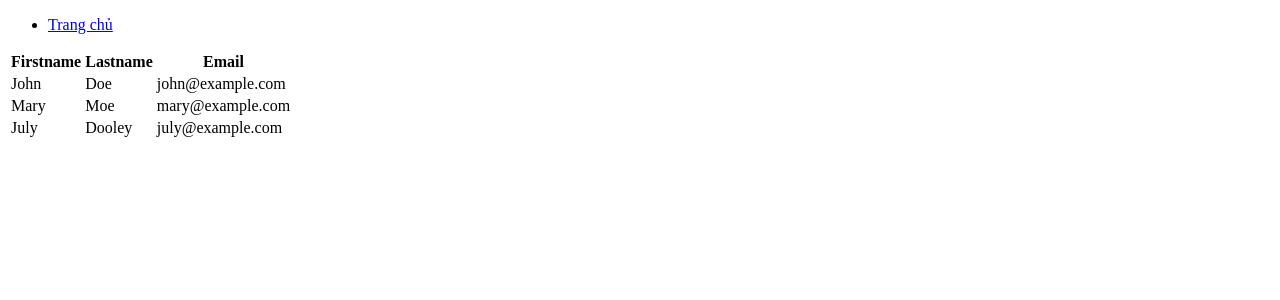
Repository: datnguyendesign/Java-web
Page: http://localhost/new-jdbc/views/admin/new/list.jsp
These files come from the project's save history. The page is drawn as it stood at one moment and after the next save; the edit follows.
The browser window is 1280 px wide. The pictures show the whole page.
The page is served by Tomcat 9. Nobody is signed in. The application's start-up code is not run. Other server files are loaded and not shown.

Above is the page before, as saved 2023-07-10 03:16:53.
Console error: ReferenceError: $ is not defined

### new-jdbc/src/main/webapp/views/admin/new/list.jsp
<%@ page language="java" contentType="text/html; charset=UTF-8"
	pageEncoding="UTF-8"%>
<!DOCTYPE html>
<html>
<head>
<meta charset="UTF-8">
<title>Danh sách bài viết</title>
</head>
<body>
	<div class="main-content">
		<div class="main-content-inner">
			<div class="breadcrumbs ace-save-state" id="breadcrumbs">
				<ul class="breadcrumb">
					<li><i class="ace-icon fa fa-home home-icon"></i> <a href="#">Trang
							chủ</a></li>
				</ul>
				<!-- /.breadcrumb -->
			</div>
			<div class="page-content">
				<div class="row">
					<div class="col-xs-12">
						<div class="row">
							<div class="col-xs-12">
								<div class="table-responsive">
									<table class="table table-bordered">
										<thead>
											<tr>
												<th>Firstname</th>
												<th>Lastname</th>
												<th>Email</th>
											</tr>
										</thead>
										<tbody>
											<tr>
												<td>John</td>
												<td>Doe</td>
												<td>john@example.com</td>
											</tr>
											<tr>
												<td>Mary</td>
												<td>Moe</td>
												<td>mary@example.com</td>
											</tr>
											<tr>
												<td>July</td>
												<td>Dooley</td>
												<td>july@example.com</td>
											</tr>
										</tbody>
									</table>
									<ul class="pagination" id="pagination"></ul>
								</div>
							</div>
						</div>
					</div>
				</div>
			</div>
		</div>
	</div>
	<!-- /.main-content -->
	<script>
		$(function (){
			window.pagObj = $('#pagination').twbsPagination({
				totalPages: 10,
				visiblePages: 5,
				onPageClick: function (event, page) {
					console.info(page + ' (from options)');
				}
			}).on('page', function (event, page) {
				console.info(page + ' (from event listening)');
			});
		});
	</script>
</body>
</html>

After the next save:
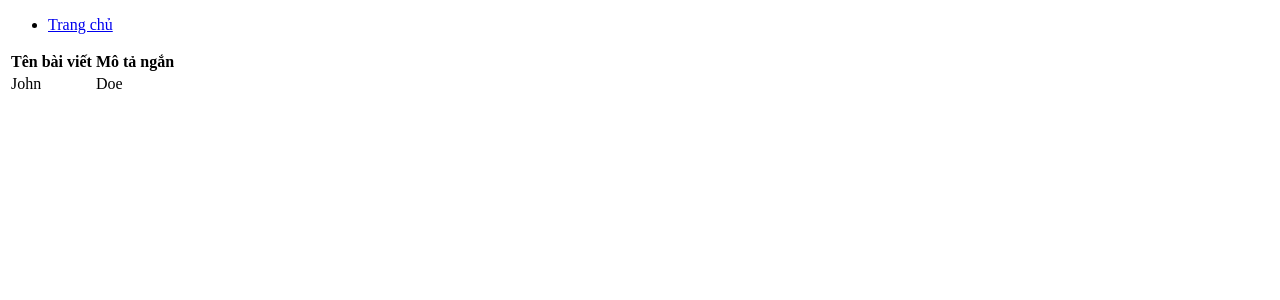
Saved 6 min 12 s later.
--- a/new-jdbc/src/main/webapp/views/admin/new/list.jsp
+++ b/new-jdbc/src/main/webapp/views/admin/new/list.jsp
@@ -25,26 +25,14 @@
 									<table class="table table-bordered">
 										<thead>
 											<tr>
-												<th>Firstname</th>
-												<th>Lastname</th>
-												<th>Email</th>
+												<th>Tên bài viết</th>
+												<th>Mô tả ngắn</th>
 											</tr>
 										</thead>
 										<tbody>
 											<tr>
 												<td>John</td>
 												<td>Doe</td>
-												<td>john@example.com</td>
-											</tr>
-											<tr>
-												<td>Mary</td>
-												<td>Moe</td>
-												<td>mary@example.com</td>
-											</tr>
-											<tr>
-												<td>July</td>
-												<td>Dooley</td>
-												<td>july@example.com</td>
 											</tr>
 										</tbody>
 									</table>
